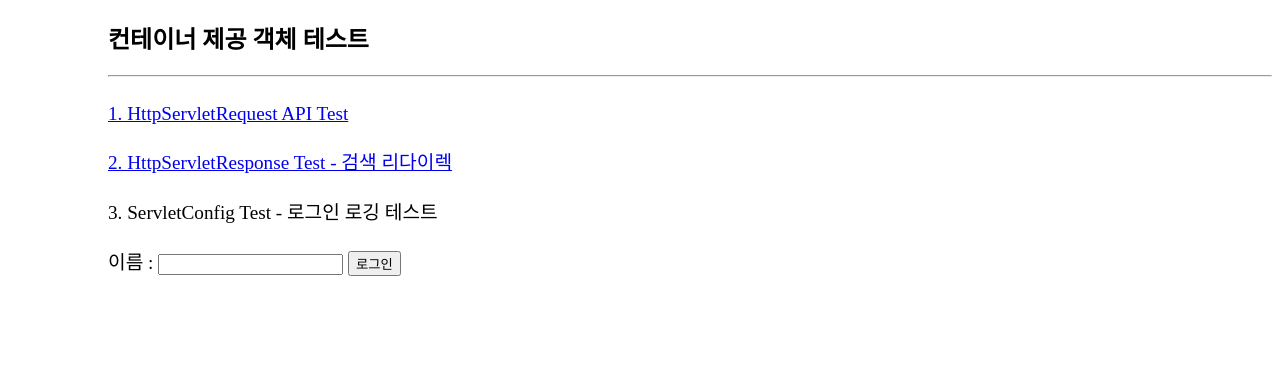
Repository: silla-mclab/web-programming3
Page: wp-lab-04-builtin-objects/WebContent/test_home.html
The author's editor kept a copy of each file at every save. The page is drawn from the files as they stood at one save, then again after the next save.
The browser window is 1280 px wide. The pictures show the whole page.

Above is the page before, as saved 2020-04-10 08:24:38.

### wp-lab-04-builtin-objects/WebContent/test_home.html
<!DOCTYPE html>
<html>
<head>
	<meta charset="UTF-8">
	<title>컨테이너 제공 객체 테스트</title>
</head>
<body style="padding-left: 100px;">
	<header>
		<h2>컨테이너 제공 객체 테스트</h2><hr><br>
	</header>
	<article>
		<div style="font-size: 1.2rem;">
			<a href="request_test.do?userid=gdhong&name=홍길동">1. HttpServletRequest API Test</a>
			<br><br>
			<a href="search.do">2. HttpServletResponse Test - 검색 리다이렉</a>
			<br><br>
			3. ServletConfig Test - 로그인 로깅 테스트<br><br>
			<form action="login.do" method="POST">
				이름 : <input type="text" name="name" />
				<input type="submit" value="로그인" />
			</form>
			<br><br>
		</div>
	</article>
</body>
</html>

After the next save:
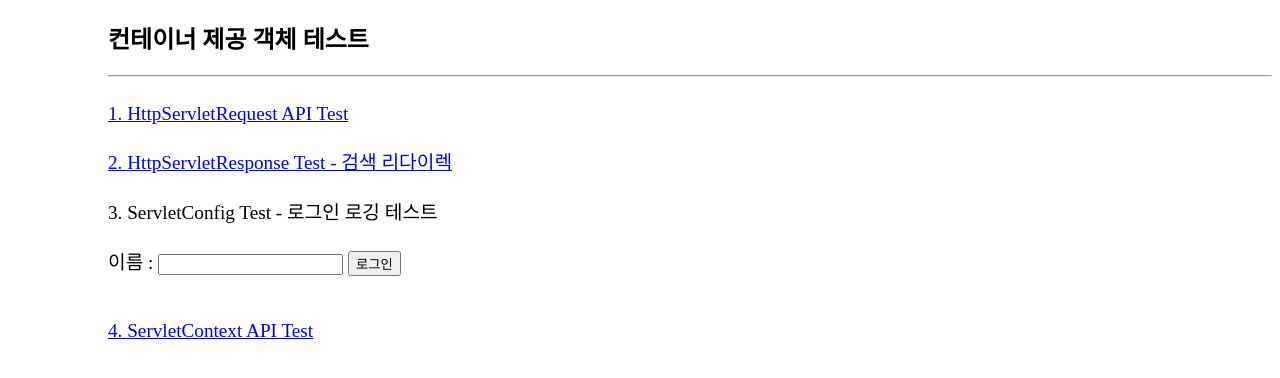
Saved 30 s later.
--- a/wp-lab-04-builtin-objects/WebContent/test_home.html
+++ b/wp-lab-04-builtin-objects/WebContent/test_home.html
@@ -20,6 +20,7 @@
 				<input type="submit" value="로그인" />
 			</form>
 			<br><br>
+			<a href="context_test.do">4. ServletContext API Test</a>
 		</div>
 	</article>
 </body>
